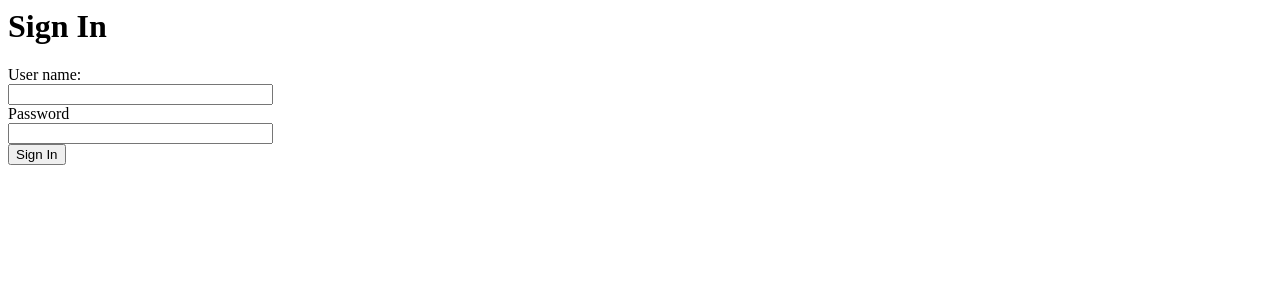
Repository: erjaimin/coding-ground
Page: http://localhost/Assignment03/login-error.jsp
An editor plug-in stored every save of this project. The page is shown before and after the next save, followed by the edit.
The browser window is 1280 px wide. The pictures show the whole page.
The page is served by Tomcat 9. Nobody is signed in. The application's start-up code is not run.

Above is the page before, as saved 2017-11-25 17:48:10.

After the next save:
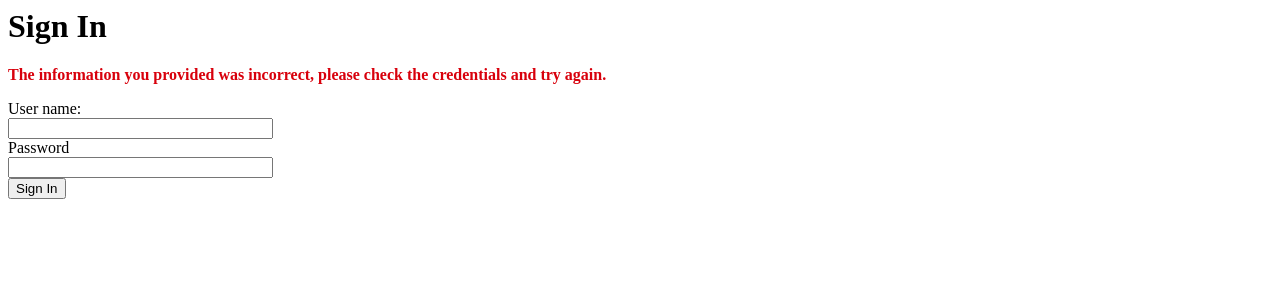
Saved 34 s later.
--- a/Abde_Fatani/Assignment03/WebContent/login-error.jsp
+++ b/Abde_Fatani/Assignment03/WebContent/login-error.jsp
@@ -9,7 +9,7 @@
 </head>
 <body>
 	<h1>Sign In</h1>
-
+	 <p style="color: #D8000C; font-weight: bold;">The information you provided was incorrect, please check the credentials and try again.</p>
 	<form action="j_security_check" method="post" name="loginForm">
 	    <label for="user">User name:</label>
 	    <input id="user" type="text" name="j_username" size="30">
